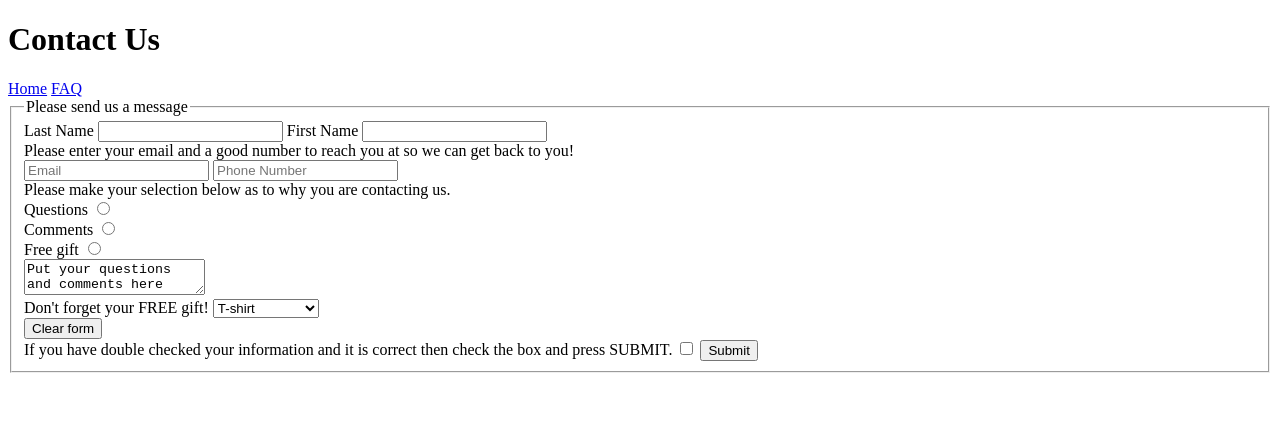
Repository: nsisk1/web-page-project
Page: contact-us.html
These files come from the project's save history. The page is drawn as it stood at one moment and after a run of saves; the edit follows.
The browser window is 1280 px wide. The pictures show the whole page.

Above is the page before, as saved 2024-07-14 10:27:11.

### contact-us.html
<!DOCTYPE html>
<html lang="En">
    <head>
        <title>Contact Us</title>
    </head>
    <body>
        <h1>Contact Us</h1>
        <nav>
            <a href="index.html">Home</a>
            <a href="faq.html">FAQ</a>
        </nav>
        <fieldset>
            <legend>Please send us a message</legend>
            <form id="myMailerForm" action="mailto:nsisk1@student.dallascollege.edu" method="post">
                <label>
                    Last Name
                    <input type="text" name="lastname" required>
                </label>
                <label>
                    First Name
                    <input type="text" name="firstname" required>
                </label>
                <br>
                Please enter your email and a good number to reach you at so we can get back to you!
                <br>
                <input type="text" name="email" placeholder="Email" required>
                <input type="text" name="phone" placeholder="Phone Number" required>
                <br>
                Please make your selection below as to why you are contacting us.
                <br>
                Questions
                <input type="radio" name="reason" value="question">
                <br>
                Comments
                <input type="radio" name="reason" value="comments">
                <br>
                Free gift
                <input type="radio" name="reason" value="order">
                <br>
                <textarea name="textbox">Put your questions and comments here</textarea>
                <br>
                Don't forget your FREE gift!
                <select name="gift">
                    <option>T-shirt</option>
                    <option>Pictures</option>
                    <option>Not Interested</option>

                </select>
                <br>
                <input type="reset" value="Clear form">
                <br>
                If you have double checked your information and it is correct then check the box and press SUBMIT.
                <input type="checkbox" name="info" required>
                <input type="submit" value="Submit">
            </form>
        </body>
    </html>

After the next 2 saves:
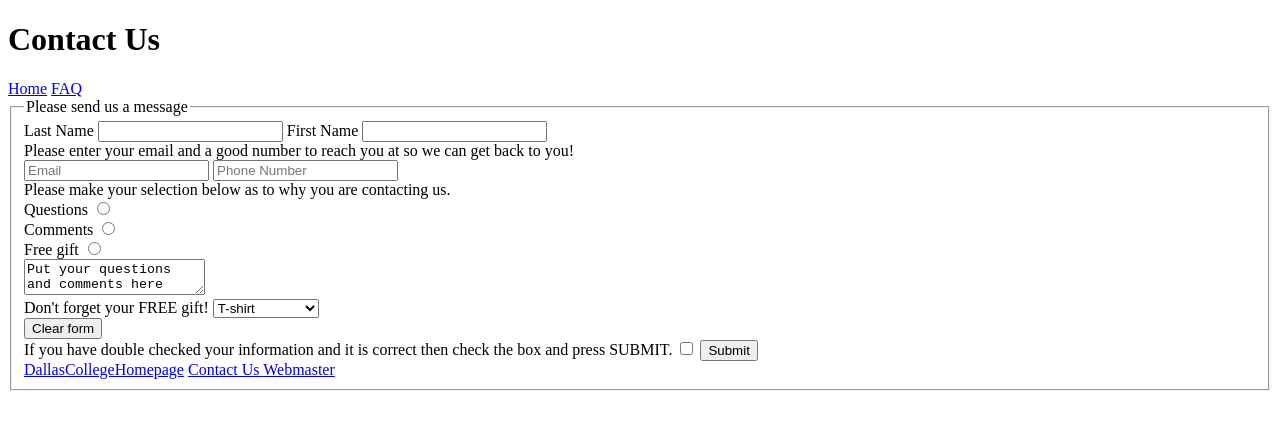
The 2 saves are shown as one change because they came seconds apart.
The last was saved 37 s later.
--- a/contact-us.html
+++ b/contact-us.html
@@ -53,5 +53,12 @@
                 <input type="checkbox" name="info" required>
                 <input type="submit" value="Submit">
             </form>
+            <footer position="absolute">
+            <a href="https://www.dallascollege.edu" target="blank">DallasCollegeHomepage</a>
+            <a href="contact-us.html" target="blank">
+                Contact Us
+            </a>
+            <a href="mailto:nsisk1@student.dallascollege.edu">Webmaster</a>
+        </footer>
         </body>
     </html>
